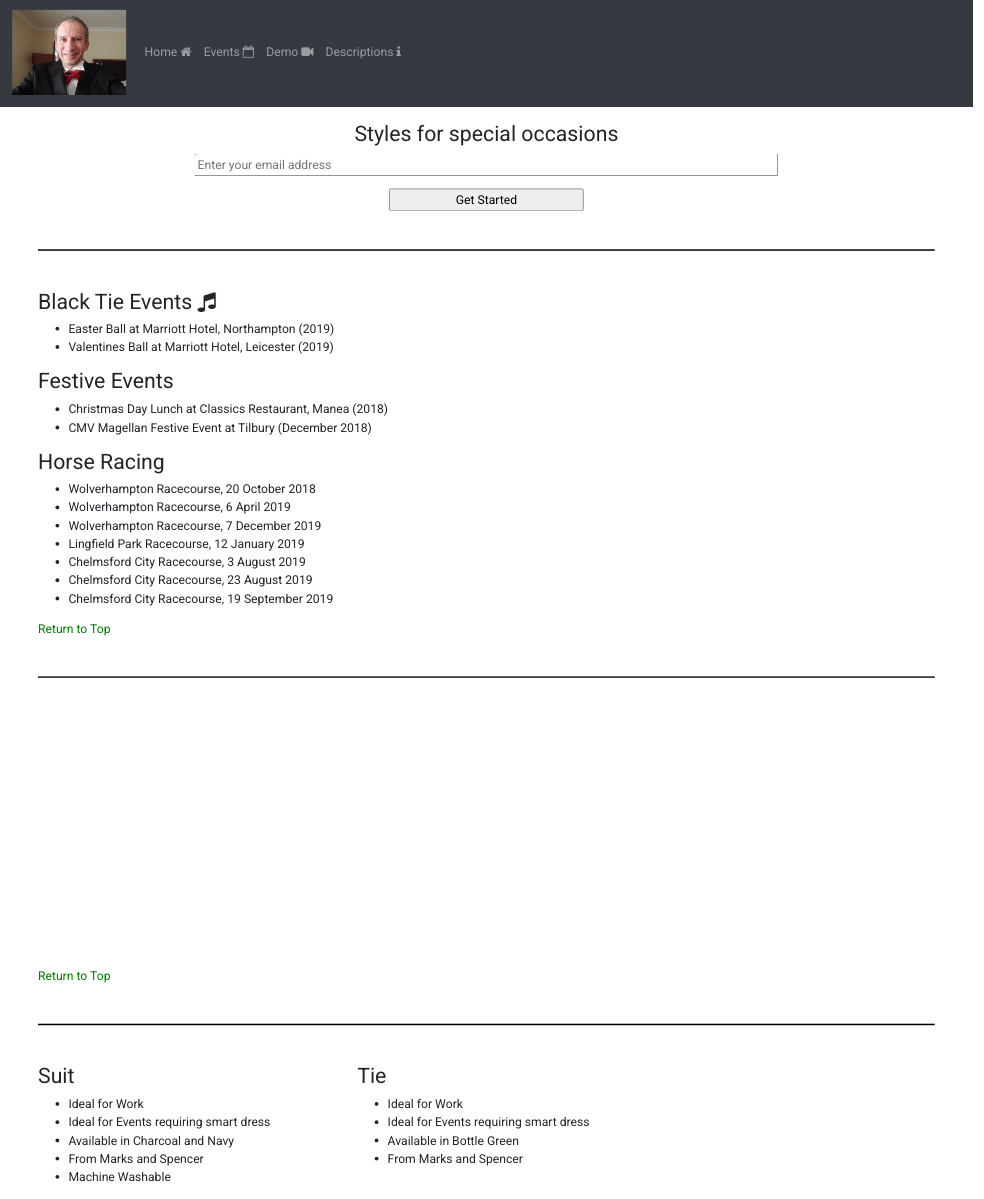
Repository: derektypist/product-landing-page
Page: index.html
The author's editor kept a record of every edit. The page is drawn from the files as they stood at one moment, then again after the next edit.
The browser window is 1280 px wide. The page is 1295 px wide, so the pictures cover 1295 px, including what lies to the right of the window. The pictures show the whole page, at 76% of full size.
Pictures or frames that could not be fetched are drawn as grey boxes.

Above is the page before.

After the next edit:
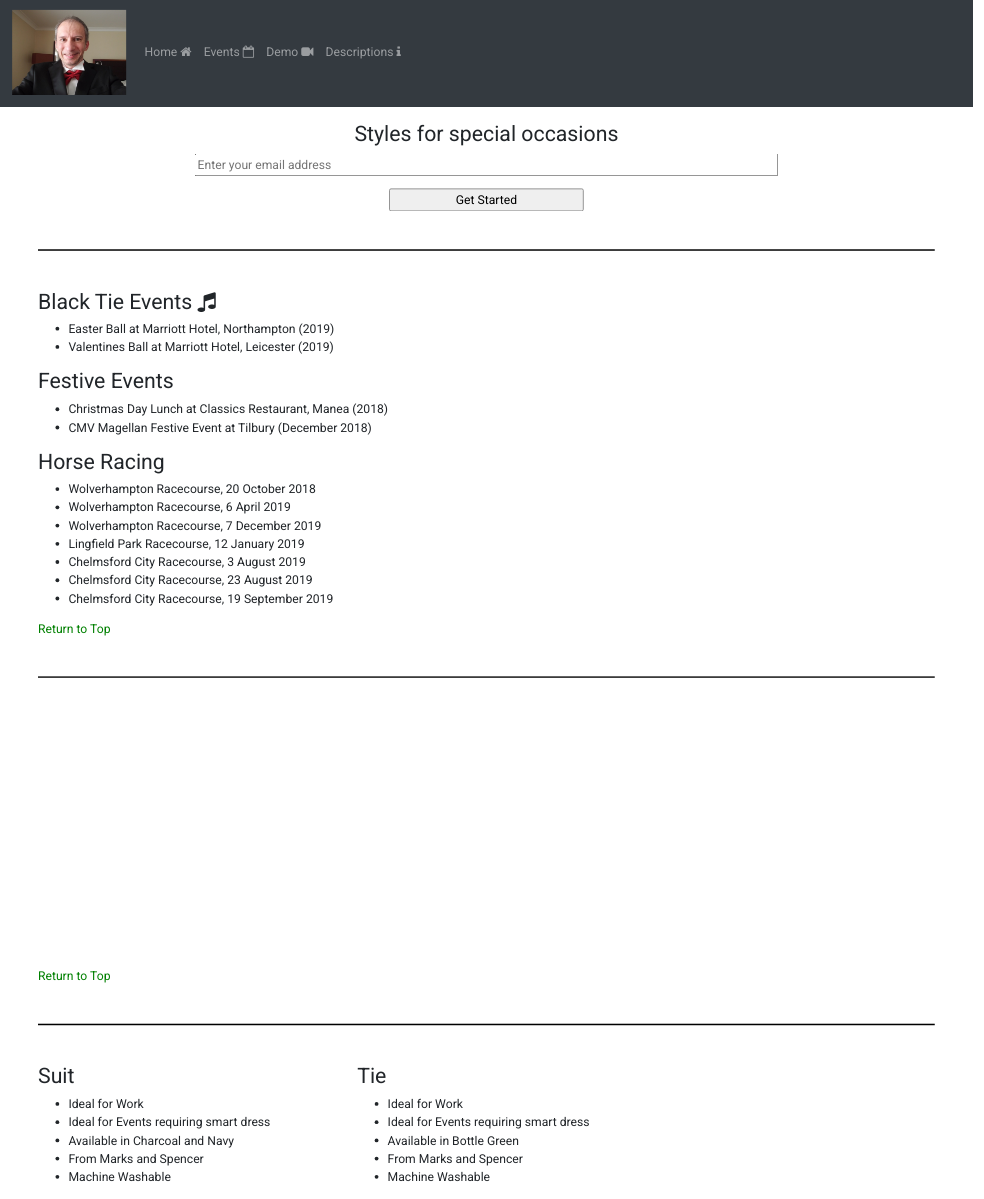
The edit:
--- a/index.html
+++ b/index.html
@@ -220,6 +220,7 @@
                     <li>Ideal for Events requiring smart dress</li>
                     <li>Available in Bottle Green</li>
                     <li>From Marks and Spencer</li>
+                    <li>Machine Washable</li>
                 </ul>
             </article>
             <article class="col-sm-4"></article>
